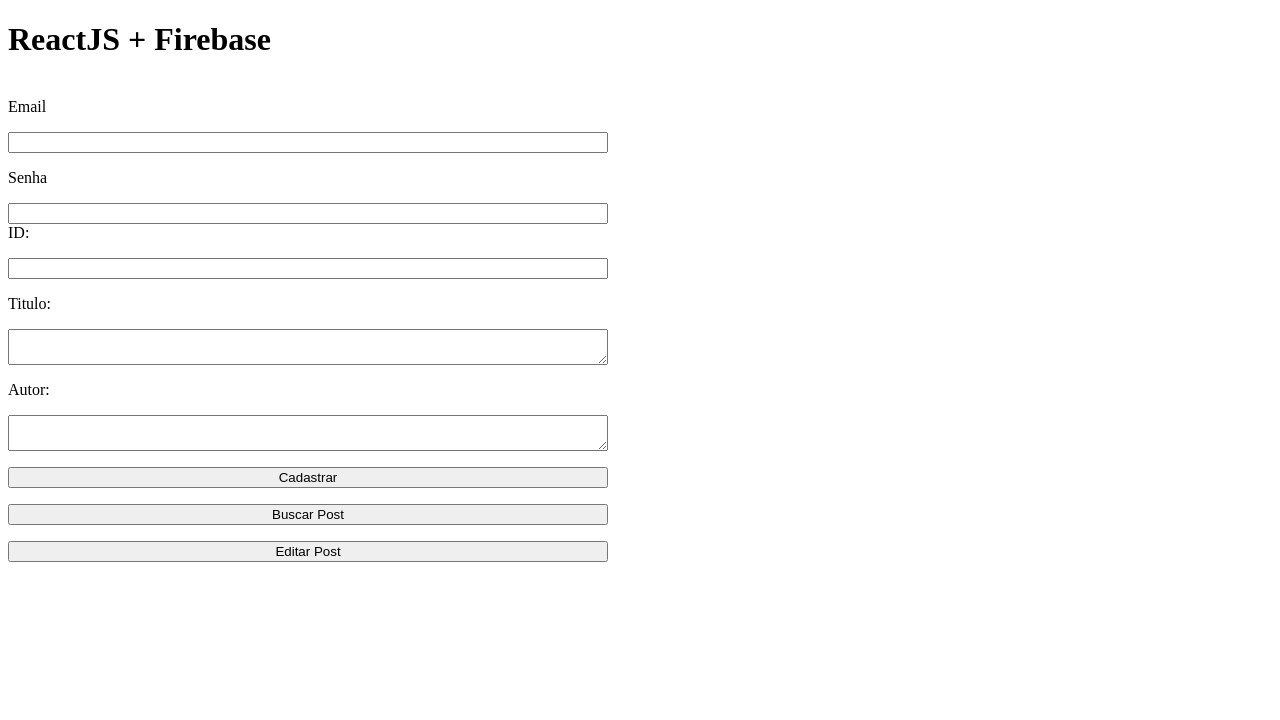
Repository: joaoaspimienta/Estudos-de-firebase
Page: /
An editor plug-in stored every save of this project. The page is shown before and after a run of saves, followed by the edit.
The browser window is 1280 px wide. The pictures show the whole page.
The page's requests for data from a server got no answer. The project was rebuilt for these pictures with package versions that can differ from the ones it lists, and the page was loaded fresh each time. No one was signed in, and anything a server would have sent is missing.

Above is the page before, as saved 2022-06-13 09:19:24.

After the next 3 saves:
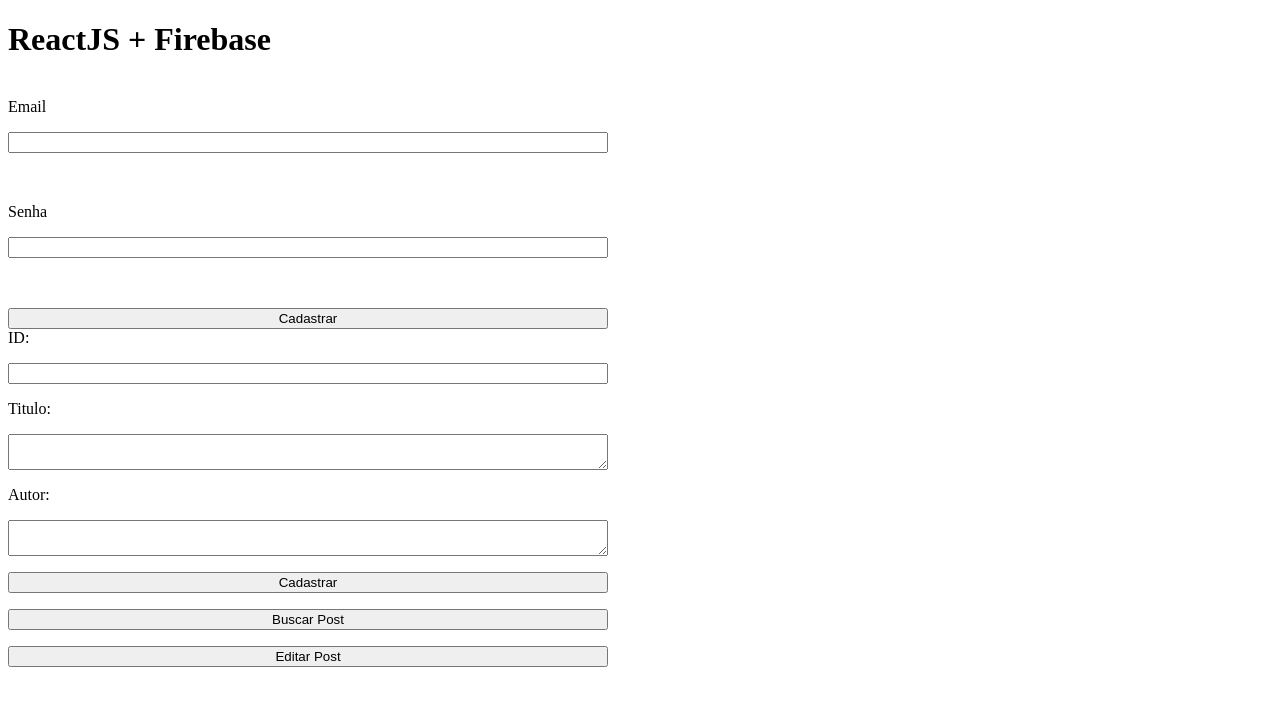
The 3 saves are shown as one change because 2 did not build or start.
The last was saved 2 min 22 s later.
--- a/src/App.js
+++ b/src/App.js
@@ -125,6 +125,8 @@
       });
   }
 
+  async function novoUsuario() {}
+
   return (
     <div>
       <h1>ReactJS + Firebase</h1>
@@ -137,12 +139,15 @@
           value={email}
           onChange={(e) => setEmail(e.target.value)}
         />
+        <br />
         <label>Senha</label>
         <input
           type="password"
           value={senha}
           onChange={(e) => setSenha(e.target.value)}
         />
+        <br />
+        <button onClick={novoUsuario}>Cadastrar</button>
       </div>
 
       <div className="container">
